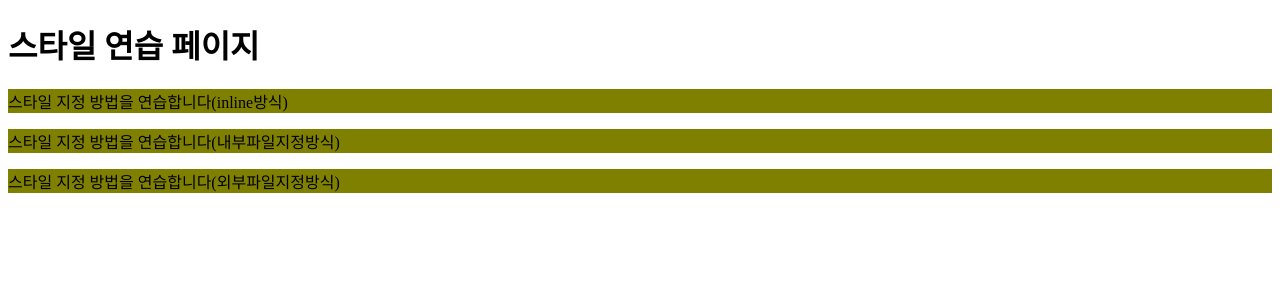
Repository: Kray273/JSLab
Page: css/src/main/webapp/Day97/start.html
An editor plug-in stored every save of this project. The page is shown before and after the next save, followed by the edit.
The browser window is 1280 px wide. The pictures show the whole page.

Above is the page before, as saved 2022-11-25 02:24:43.

### css/src/main/webapp/Day97/start.html
<!DOCTYPE html>
<html>
<head>
<meta charset="UTF-8">
<title>CSS</title>
<style type="text/css">
	/* css문법 */
	/* 식별자 {파라미터:값} */
	p {background-color: olive; }

</style>

</head>
<body>
<h1> 스타일 연습 페이지</h1>
<p style="color:bule;"> 스타일 지정 방법을 연습합니다(inline방식)</p>
<p> 스타일 지정 방법을 연습합니다(내부파일지정방식)</p>
<p> 스타일 지정 방법을 연습합니다(외부파일지정방식)</p>
</body>
</html>

After the next save:
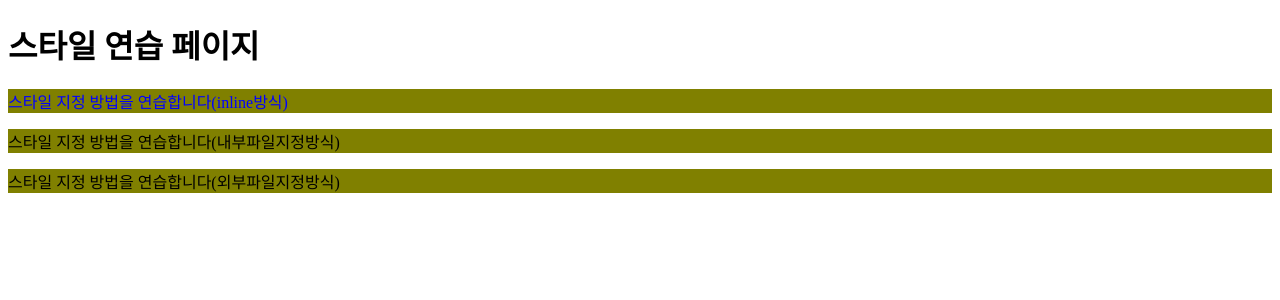
Saved 10 s later.
--- a/css/src/main/webapp/Day97/start.html
+++ b/css/src/main/webapp/Day97/start.html
@@ -13,7 +13,7 @@
 </head>
 <body>
 <h1> 스타일 연습 페이지</h1>
-<p style="color:bule;"> 스타일 지정 방법을 연습합니다(inline방식)</p>
+<p style="color:blue;"> 스타일 지정 방법을 연습합니다(inline방식)</p>
 <p> 스타일 지정 방법을 연습합니다(내부파일지정방식)</p>
 <p> 스타일 지정 방법을 연습합니다(외부파일지정방식)</p>
 </body>
